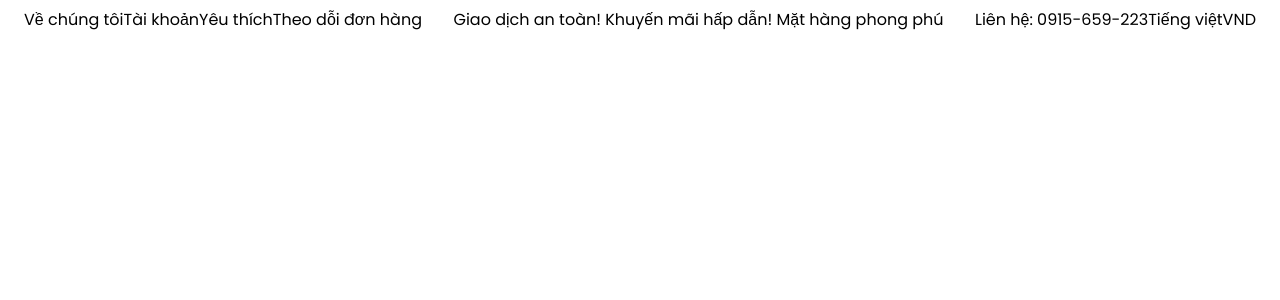
Repository: DucNghia2004/project_pro_01
Page: index.html
The author's editor kept a copy of each file at every save. The page is drawn from the files as they stood at one save, then again after the next save.
The browser window is 1280 px wide. The pictures show the whole page.

Above is the page before, as saved 2024-05-25 21:47:46.

After the next save:
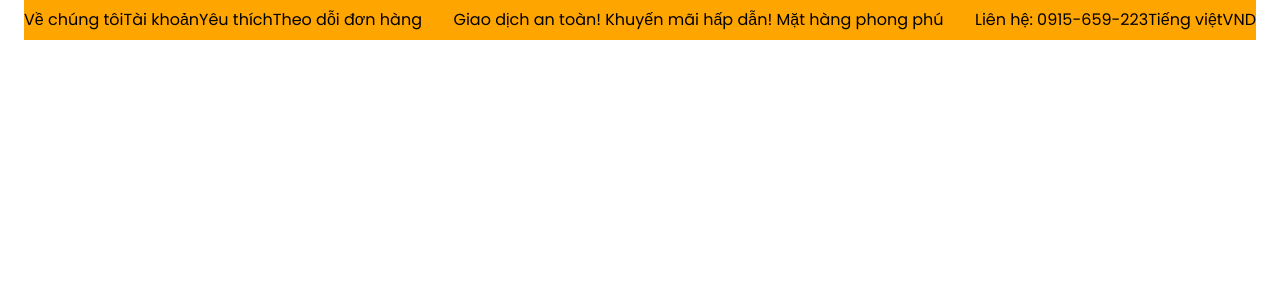
Saved 10 s later.
--- a/assets/css/styles.css
+++ b/assets/css/styles.css
@@ -30,6 +30,7 @@
     display: flex;
     justify-content: space-between;
     padding: 12px 0;
+    background-color: orange;
 }
 
 .header--top__info {

After the save that followed:
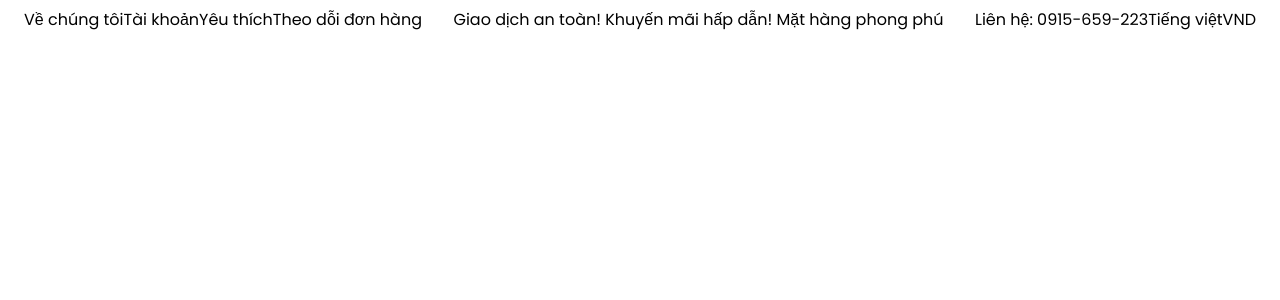
Saved 18 s later.
--- a/assets/css/styles.css
+++ b/assets/css/styles.css
@@ -30,7 +30,7 @@
     display: flex;
     justify-content: space-between;
     padding: 12px 0;
-    background-color: orange;
+    /* background-color: orange; */
 }
 
 .header--top__info {
